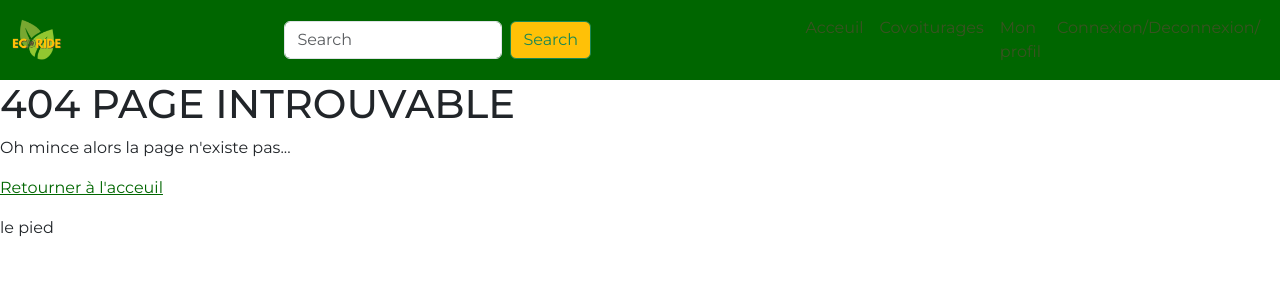
Repository: lemonhao9/ECF
Page: index.html
The author's editor kept a copy of each file at every save. The page is drawn from the files as they stood at one save, then again after the next save.
The browser window is 1280 px wide. The pictures show the whole page.
Some web fonts or font styles are not loaded; a fallback is used. The style sheet was rebuilt from its Sass, Less or Tailwind sources for each picture, by a compiler version that may differ from the author's.

Above is the page before, as saved 2025-02-11 11:39:00.

After the next save:
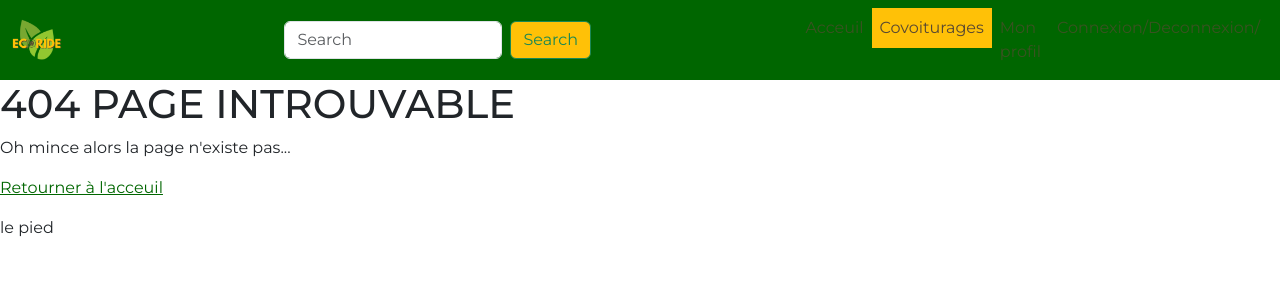
Saved 14 s later.
--- a/index.html
+++ b/index.html
@@ -30,7 +30,7 @@
           <a class="nav-link" href="/">Acceuil</a>
         </li>
         <li class="nav-item">
-          <a class="nav-link" href="/formCovoit">Covoiturages</a>
+          <a class="nav-link  text-bg-secondary" href="/formCovoit">Covoiturages</a>
         </li>
         <li class="nav-item">
           <a class="nav-link" href="/profile">Mon profil</a>

After the save that followed:
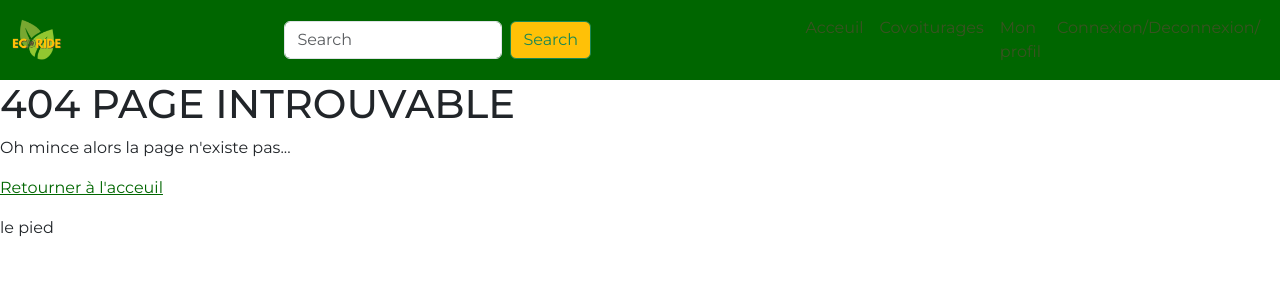
Saved 12 s later.
--- a/index.html
+++ b/index.html
@@ -30,7 +30,7 @@
           <a class="nav-link" href="/">Acceuil</a>
         </li>
         <li class="nav-item">
-          <a class="nav-link  text-bg-secondary" href="/formCovoit">Covoiturages</a>
+          <a class="nav-link" href="/formCovoit">Covoiturages</a>
         </li>
         <li class="nav-item">
           <a class="nav-link" href="/profile">Mon profil</a>
